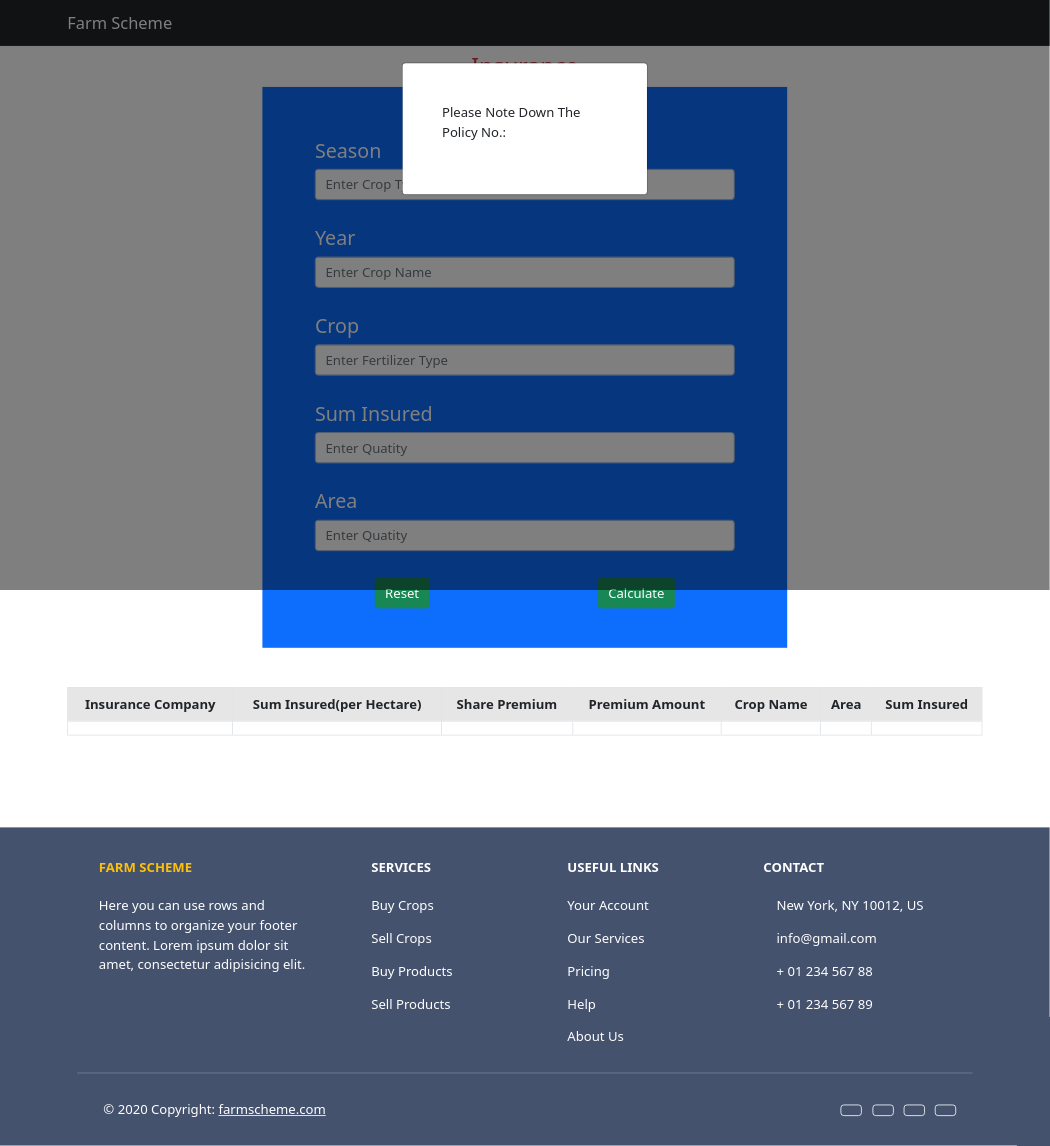
Repository: lavakumar17/Farmscheme
Page: http://localhost/demo/farmer/insurance_reg_success.jsp
The author's editor kept a copy of each file at every save. The page is drawn from the files as they stood at one save, then again after the next save.
The browser window is 1280 px wide. The pictures show the whole page, at 82% of full size.
The page is served by Tomcat 9. The template is opened directly, without the code that normally fills it, so the values that code supplies are empty.

Above is the page before, as saved 2022-06-24 05:06:22.

After the next save:
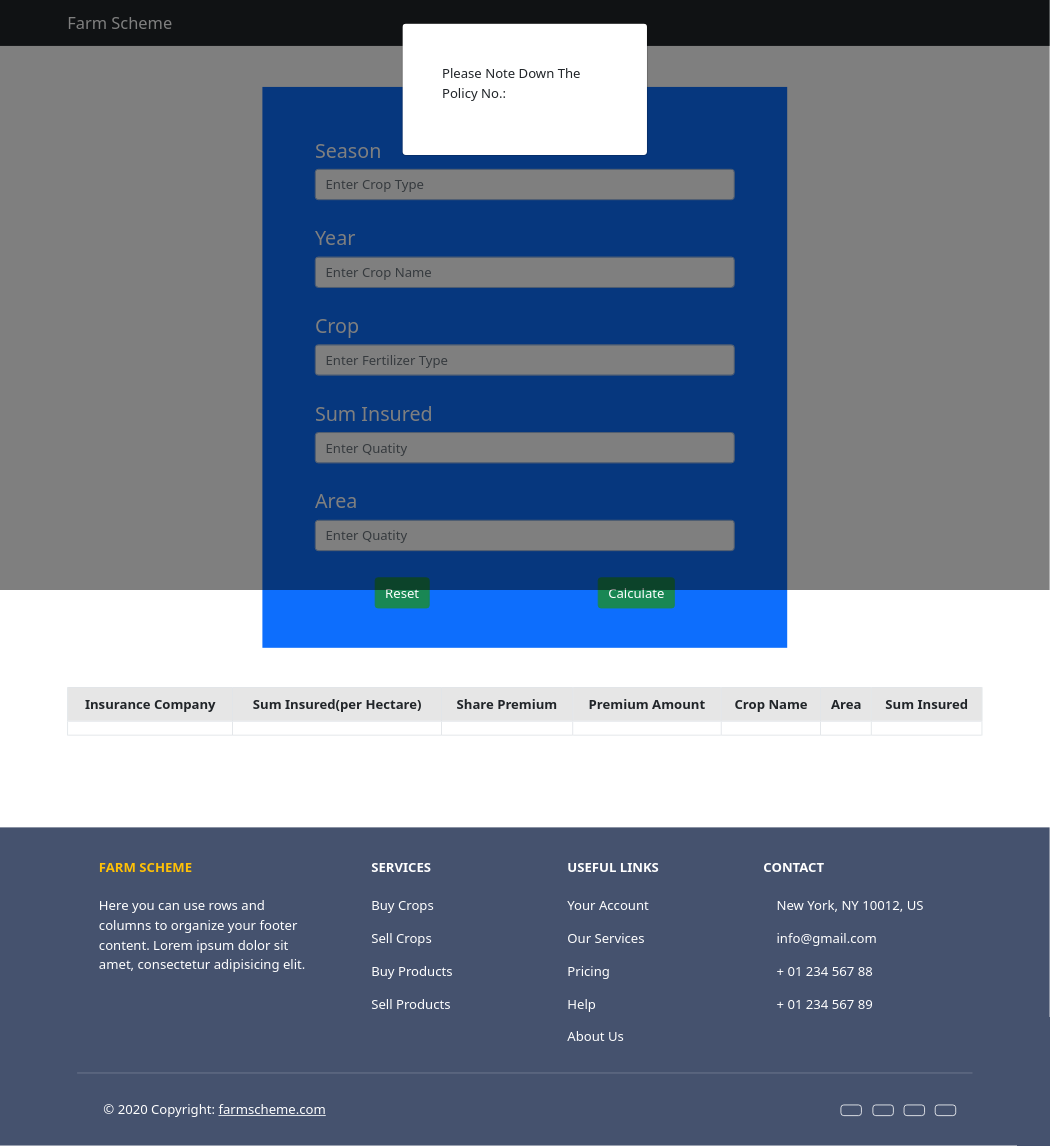
Saved 16 s later.
--- a/MainProject/demo/src/main/webapp/farmer/insurance_reg_success.jsp
+++ b/MainProject/demo/src/main/webapp/farmer/insurance_reg_success.jsp
@@ -123,7 +123,7 @@
 <!-- Small modal -->
 <!-- <button type="button" class="btn btn-primary" data-toggle="modal" data-target=".bd-example-modal-sm">Please Note Down The Policy No.</button> -->
 
-<div class="modal fade bd-example-modal-sm p-5" tabindex="-1" role="dialog" aria-labelledby="mySmallModalLabel" aria-hidden="true" id="exampleModal">
+<div class="modal fade bd-example-modal-sm" tabindex="-1" role="dialog" aria-labelledby="mySmallModalLabel" aria-hidden="true" id="exampleModal">
   <div class="modal-dialog modal-sm">
     <div class="modal-content p-5">
      <p>Please Note Down The Policy No.:
